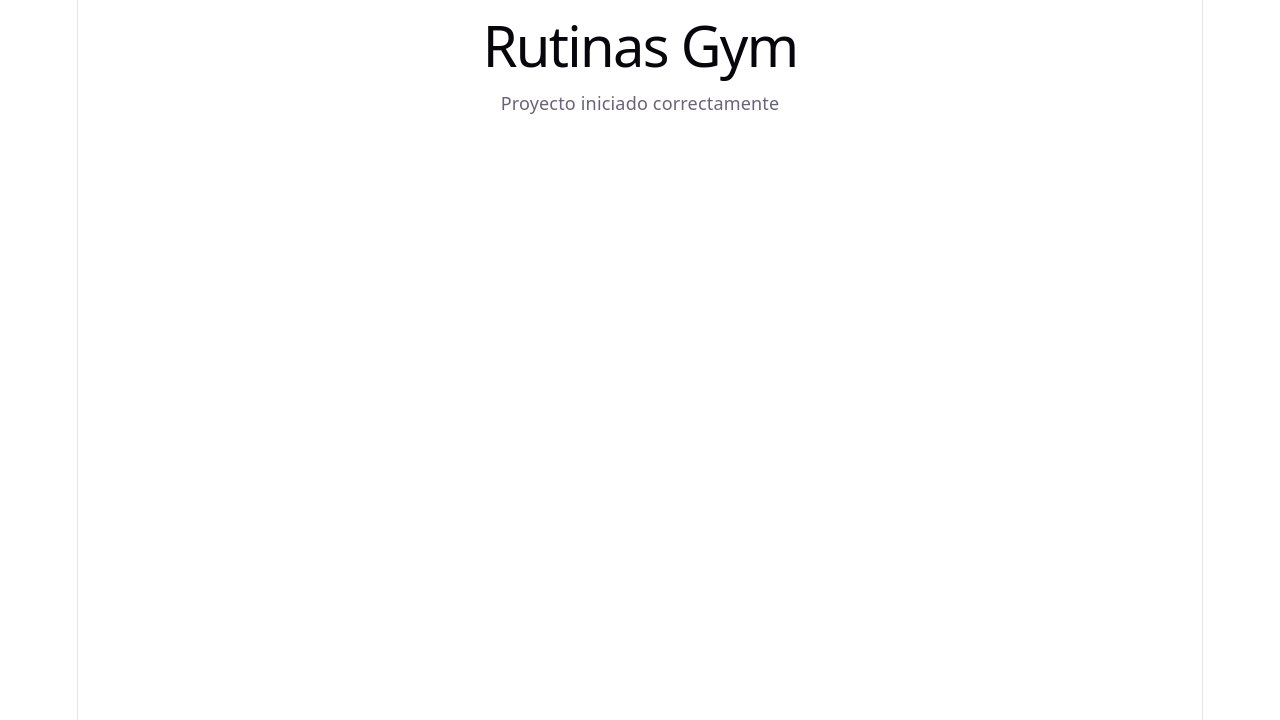
Repository: Jaqueline-CO/Fitweek-Planner
Page: /dashboard
These files come from the project's save history. The page is drawn as it stood at one moment and after the next save; the edit follows.
The browser window is 1280 px wide. The pictures show the whole page.
The project was rebuilt for these pictures with package versions that can differ from the ones it lists, and the page was loaded fresh each time. Also part of the build but not shown: vite.config.js.

Above is the page before, as saved 2026-06-09 15:13:44.

After the next save:
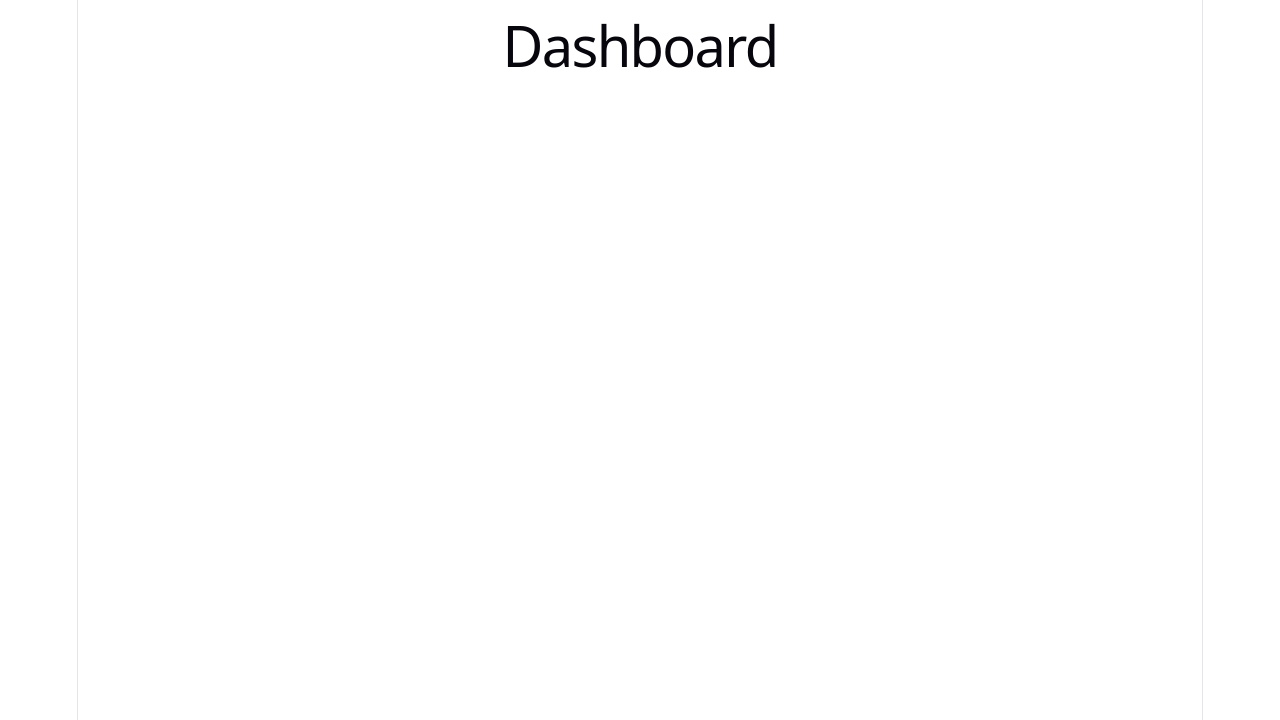
Saved 2 min 7 s later.
--- a/src/App.jsx
+++ b/src/App.jsx
@@ -1,10 +1,7 @@
+import AppRoutes from "./routes/AppRoutes";
+
 function App() {
-  return (
-    <div>
-      <h1>Rutinas Gym</h1>
-      <p>Proyecto iniciado correctamente</p>
-    </div>
-  )
+  return <AppRoutes />;
 }
 
-export default App
+export default App;
